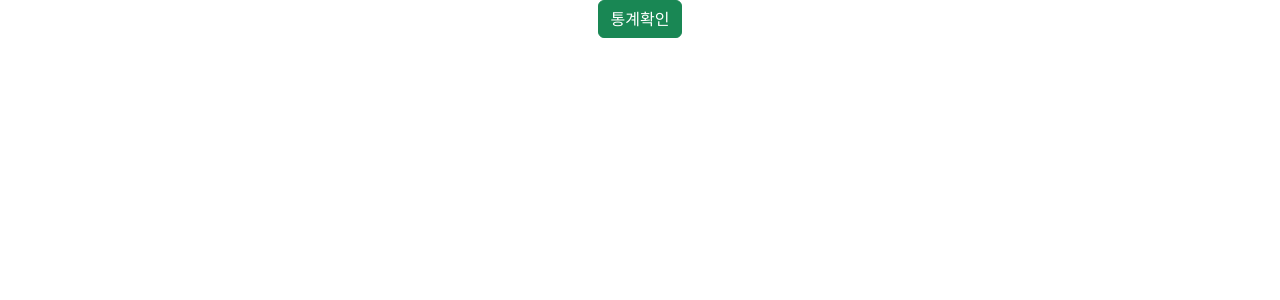
Repository: Hugh-KR/AccountBook
Page: http://localhost/Account_Book/hello.jsp
The author's editor kept a copy of each file at every save. The page is drawn from the files as they stood at one save, then again after the next save.
The browser window is 1280 px wide. The pictures show the whole page.
The page is served by Tomcat 9. Nobody is signed in. The application's start-up code is not run.

Above is the page before, as saved 2022-12-05 01:43:27.

After the next save:
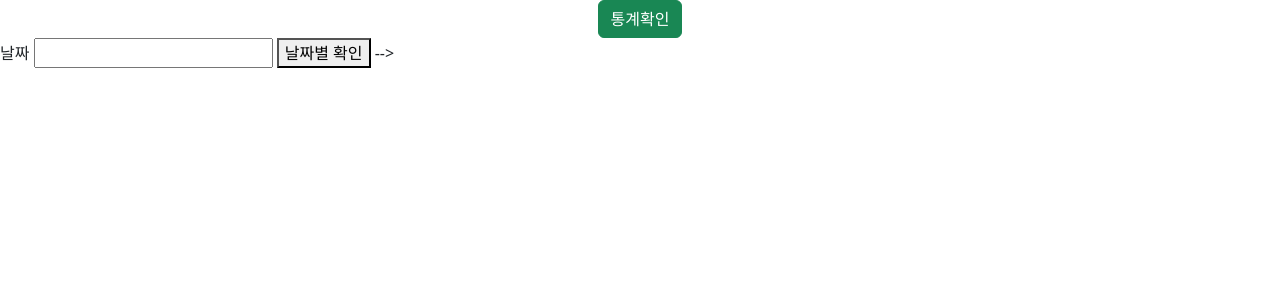
Saved 83 s later.
--- a/Account_Book/src/main/webapp/hello.jsp
+++ b/Account_Book/src/main/webapp/hello.jsp
@@ -7,18 +7,14 @@
 <title>캘린더조회</title>
 <link href="https://cdn.jsdelivr.net/npm/bootstrap@5.2.3/dist/css/bootstrap.min.css" rel="stylesheet">
   <script src="https://cdn.jsdelivr.net/npm/bootstrap@5.2.3/dist/js/bootstrap.bundle.min.js"></script>
-  <style>
-  div {
-  text-align: center;
-  }
-  </style>
+
 </head>
 <body>
-<div>
+<div style="text-align: center; margin:0 auto;">
 <form action="statistics">
 <button class="btn btn-success">통계확인</button>
 </form>
-</div>
+</div
 
 <!-- <form action="daylist">
 날짜 <input name="paydate">

After the save that followed:
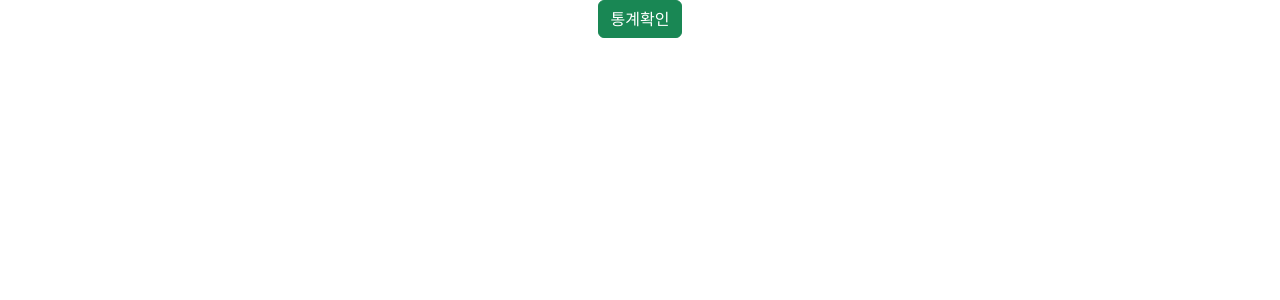
Saved 3 s later.
--- a/Account_Book/src/main/webapp/hello.jsp
+++ b/Account_Book/src/main/webapp/hello.jsp
@@ -14,7 +14,7 @@
 <form action="statistics">
 <button class="btn btn-success">통계확인</button>
 </form>
-</div
+</div>
 
 <!-- <form action="daylist">
 날짜 <input name="paydate">
